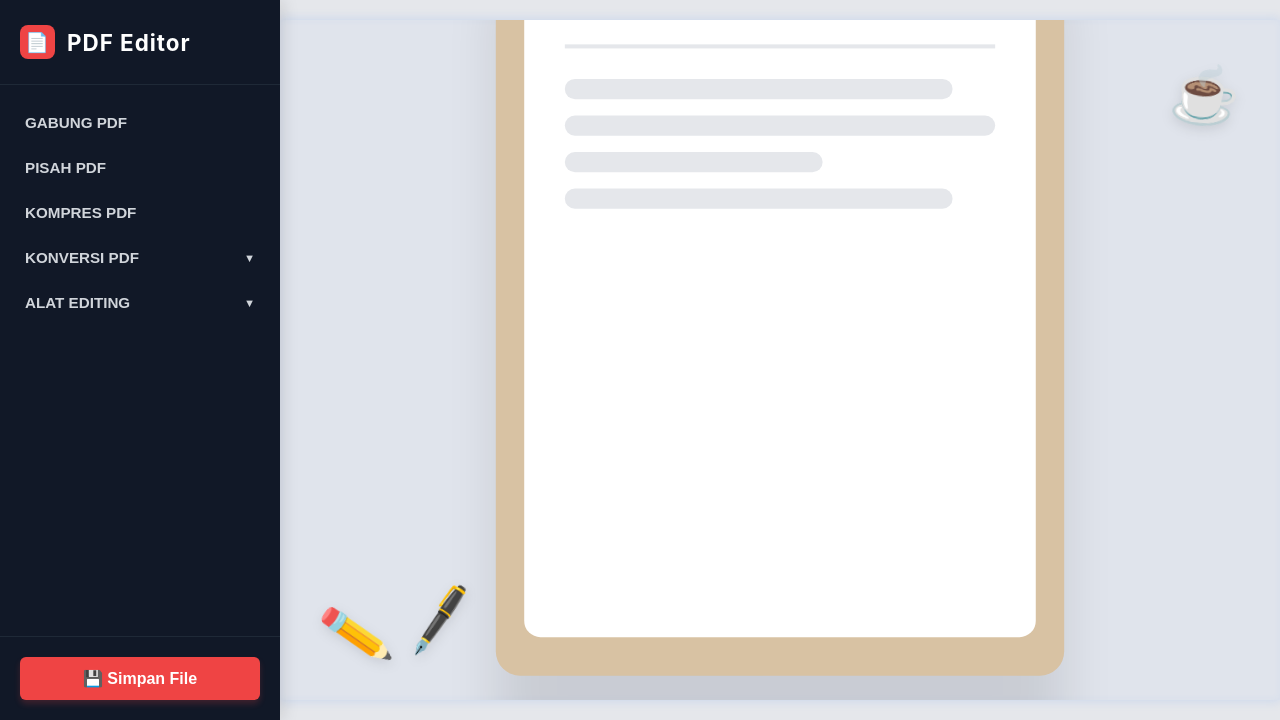
Repository: IkhsanMoekhtar/pdf_editor
Page: /
These files come from the project's save history. The page is drawn as it stood at one moment and after the next save; the edit follows.
The browser window is 1280 px wide. The pictures show the whole page.
The pointer rests on the first visible `.empty-state.desktop-scene`.
The project was rebuilt for these pictures with package versions that can differ from the ones it lists, and the page was loaded fresh each time. Also part of the build but not shown: vite.config.js.

Above is the page before, as saved 2026-03-18 23:01:11.

### index.html
<!doctype html>
<html lang="en">
  <head>
    <meta charset="UTF-8" />
    <link rel="icon" type="image/svg+xml" href="/favicon.svg" />
    <meta name="viewport" content="width=device-width, initial-scale=1.0" />
    <title>frontend-pdf</title>
  </head>
  <body>
    <div id="root"></div>
    <script type="module" src="/src/main.jsx"></script>
  </body>
</html>

### src/index.css
/* --- CSS RESET GLOBAL --- */

/* Tanda bintang (*) artinya menerapkan aturan ini ke SEMUA elemen di website */
* {
  margin: 0;
  padding: 0;
  box-sizing: border-box; /* Memastikan padding tidak menambah lebar elemen */
}

/* Memaksa elemen dasar website untuk mengambil 100% layar tanpa sisa */
html, body, #root {
  width: 100%;
  height: 100%;
  background-color: #f3f4f6; /* Warna latar belakang aplikasi kita */
}

/* Menghilangkan font default yang kaku */
body {
  font-family: Inter, system-ui, Avenir, Helvetica, Arial, sans-serif;
  -webkit-font-smoothing: antialiased;
}

### src/App.css
/* --- TATA LETAK UTAMA --- */
.app-container {
  display: flex;
  flex-direction: row; /* Kembali menyamping: Kiri Sidebar, Kanan Workspace */
  height: 100vh;
  font-family: Inter, system-ui, Avenir, Helvetica, Arial, sans-serif;
  background-color: #e5e7eb;
}

/* --- SIDEBAR BARU --- */
.main-sidebar {
  width: 280px;
  background-color: #111827; /* Warna gelap yang modern */
  color: #f3f4f6;
  display: flex;
  flex-direction: column;
  flex-shrink: 0;
  box-shadow: 4px 0 15px rgba(0,0,0,0.1);
  z-index: 10;
}

.brand {
  display: flex;
  align-items: center;
  gap: 12px;
  padding: 25px 20px;
  font-size: 1.4rem;
  font-weight: 800;
  letter-spacing: 1px;
  border-bottom: 1px solid #1f2937;
  color: #ffffff;
}

.brand-icon {
  background-color: #ef4444;
  padding: 5px;
  border-radius: 8px;
  font-size: 1.2rem;
}

/* --- NAVIGASI SIDEBAR (ACCORDION) --- */
.sidebar-nav {
  flex: 1;
  overflow-y: auto; /* Bisa di-scroll jika menu terlalu panjang */
  padding: 15px 0;
}

/* Tombol Menu Utama */
.nav-item {
  width: 100%;
  text-align: left;
  background: transparent;
  border: none;
  color: #d1d5db;
  padding: 14px 25px;
  font-size: 0.95rem;
  font-weight: 600;
  cursor: pointer;
  display: flex;
  justify-content: space-between;
  align-items: center;
  transition: all 0.2s;
}

.nav-item:hover {
  background-color: #1f2937;
  color: #ffffff;
}

.arrow {
  font-size: 0.7rem;
  transition: transform 0.3s ease;
}

/* --- LOGIKA ACCORDION (Animasi Buka/Tutup) --- */
.submenu {
  max-height: 0; /* Secara default tertutup */
  overflow: hidden;
  background-color: #0b0f19; /* Latar submenu lebih gelap agar beda */
  transition: max-height 0.4s cubic-bezier(0.4, 0, 0.2, 1);
}

.nav-group.expanded .submenu {
  max-height: 500px; /* Terbuka saat div memiliki class 'expanded' */
}

.nav-group.expanded .arrow {
  transform: rotate(180deg); /* Panah berputar */
}

.nav-group.expanded .nav-item {
  color: #ef4444; /* Judul menu yang aktif berwarna merah */
}

/* Isi Submenu */
.submenu-title {
  font-size: 0.7rem;
  color: #6b7280;
  font-weight: 700;
  padding: 15px 25px 5px 25px;
  letter-spacing: 1px;
}

.submenu-btn {
  width: 100%;
  text-align: left;
  background: transparent;
  border: none;
  color: #9ca3af;
  padding: 10px 25px;
  font-size: 0.85rem;
  display: flex;
  align-items: center;
  cursor: pointer;
  transition: all 0.2s;
}

.submenu-btn:hover {
  color: #ffffff;
  background-color: #1f2937;
}

.submenu-btn.active {
  color: #ffffff;
  background-color: #ef4444;
}

/* -- IKON BERBASIS CSS (Tetap Dipertahankan) -- */
.doc-icon {
  display: inline-flex;
  align-items: center; justify-content: center;
  width: 20px; height: 20px;
  border-radius: 4px; font-size: 10px; font-weight: 800; color: rgb(255, 255, 255);
  margin-right: 12px;
}
.icon-jpg { background-color: #eab308; }
.icon-word { background-color: #3b82f6; }
.icon-ppt { background-color: #f97316; }
.icon-excel { background-color: #22c55e; }
.icon-pdf { background-color: #ef4444; }

/* --- BAGIAN BAWAH SIDEBAR --- */
.sidebar-footer {
  padding: 20px;
  border-top: 1px solid #1f2937;
}

.save-btn {
  width: 100%;
  padding: 12px;
  background-color: #ef4444;
  color: white;
  border: none;
  border-radius: 6px;
  font-weight: bold;
  font-size: 1rem;
  cursor: pointer;
  transition: background-color 0.2s;
  box-shadow: 0 4px 6px rgba(239, 68, 68, 0.2);
}

.save-btn:hover { background-color: #dc2626; }

/* --- AREA KERJA UTAMA --- */
.workspace {
  flex: 1;
  display: flex;
  position: relative;
  overflow: hidden;
}

.viewer-container {
  width: 100%;
  height: 100%;
  background-color: #f9fafb;
  display: flex;
  justify-content: center;
  align-items: center;
}

/* --- DESAIN AREA KOSONG (KLIK UNTUK UPLOAD) --- */
.empty-state.desktop-scene {
  display: flex;
  flex-direction: column;
  align-items: center;
  justify-content: center;
  height: 100%;
  width: 100%;
  background-color: #f9fafb;
  position: relative;
  padding: 40px;
  overflow: hidden;
  cursor: pointer; /* Mengubah kursor menjadi tangan (menandakan bisa diklik) */
  transition: background-color 0.3s ease;
}

/* Sedikit penggelapan latar belakang saat area disorot mouse */
.empty-state.desktop-scene:hover {
  /* Menjalankan animasi 'pulse-border' selama 2 detik, berulang terus menerus (infinite) */
  animation: pulse-border 2s infinite ease-in-out;

  /* Sedikit mencerahkan latar belakang agar efek glow lebih terlihat */
  background-color: rgba(59, 130, 246, 0.03);
}

.clipboard {
  width: 280px; height: 380px;
  background-color: #d8c2a3;
  border-radius: 12px;
  box-shadow: 0 40px 25px rgba(0,0,0,0.1);
  transform: rotate(-7deg);
  position: relative;
  display: flex; align-items: center; justify-content: center;
  margin-bottom: 40px;
  transition: transform 0.3s ease;
}

.empty-state.desktop-scene:hover .clipboard {
  transform: rotate(0deg) scale(2.03);
}

.clipboard-paper {
  width: 90%; height: 90%; background-color: #ffffff;
  border-radius: 8px; padding: 20px;
  display: flex; flex-direction: column; gap: 15px;
}

.clipboard-header {
  font-weight: bold; color: #1f2937;
  border-bottom: 2px solid #e5e7eb; padding-bottom: 10px; text-align: center;
}

.clipboard-content { flex: 1; display: flex; flex-direction: column; gap: 8px; }
.empty-line { height: 10px; background-color: #e5e7eb; border-radius: 5px; }
.empty-line.large { width: 90%; }
.empty-line.medium { width: 60%; }

.desk-item { position: absolute; font-size: 3.5rem; filter: drop-shadow(0 4px 6px rgba(0,0,0,0.1)); }
.coffee-cup { top: 40px; right: 40px; transform: rotate(5deg); }
.pens { bottom: 40px; left: 40px; display: flex; gap: 10px; transform: rotate(-10deg); }

.message-container { text-align: center; max-width: 500px; margin-bottom: 30px; }
.message-container h3 { font-size: 1.8rem; color: #1f2937; font-weight: 700; margin-bottom: 10px; }
.message-container p { color: #6b7280; line-height: 1.6; }

.start-hint-pil {
  display: flex; align-items: center; gap: 12px;
  background-color: #1f2937; color: #ffffff;
  padding: 12px 24px; border-radius: 999px;
  font-weight: bold; box-shadow: 0 6px 15px rgba(0,0,0,0.2);
  transition: all 0.2s;
}

.empty-state.desktop-scene:hover .start-hint-pil {
  background-color: #3b82f6; /* Berubah menjadi biru saat disorot */
  transform: translateY(-2px);
}

/* Animasi Ikon Mouse bergerak naik turun */
.bouncy-arrow {
  display: inline-block;
  font-size: 1.3rem;
  animation: bounce-vertical-hint 1.5s infinite;
}

@keyframes bounce-vertical-hint {
  0%, 100% { transform: translateY(0); }
  50% { transform: translateY(-5px); }
}

@keyframes pulse-border {
  0% {
    border-color: #9ca3af;
    box-shadow: 0 0 0 0 rgba(59, 130, 246, 0);
  }
  50% {
    /* Di titik tengah, border menjadi biru menyala dan memancarkan cahaya (glow) */
    border-color: #3b82f6;
    box-shadow: 0 0 20px 2px rgba(59, 130, 246, 0.3), inset 0 0 15px rgba(59, 130, 246, 0.1);
  }
  100% {
    border-color: #9ca3af;
    box-shadow: 0 0 0 0 rgba(59, 130, 246, 0);
  }
}

/* --- GAYA UNTUK ACTION BAR & TOMBOL --- */
.action-btn {
  padding: 8px 12px;
  background-color: white;
  color: #374151;
  border: 1px solid #e5e7eb;
  border-radius: 6px;
  font-size: 13px;
  font-weight: 700;
  cursor: pointer;
  transition: all 0.2s;
  display: flex; align-items: center; justify-content: center;
}

.action-btn:hover {
  background-color: #f3f4f6;
  border-color: #d1d5db;
}

.action-btn.active {
  background-color: #ef4444; /* Merah seperti logo Anda */
  color: white;
  border-color: #dc2626;
}

.pdf-paper .react-pdf__Page,
.pdf-paper .react-pdf__Page canvas {
  width: 100% !important;
  height: auto !important;
  max-width: none !important;
}

Loaded but not shown: src/main.jsx (common file); src/App.jsx (372 lines, source omitted)

After the next save:
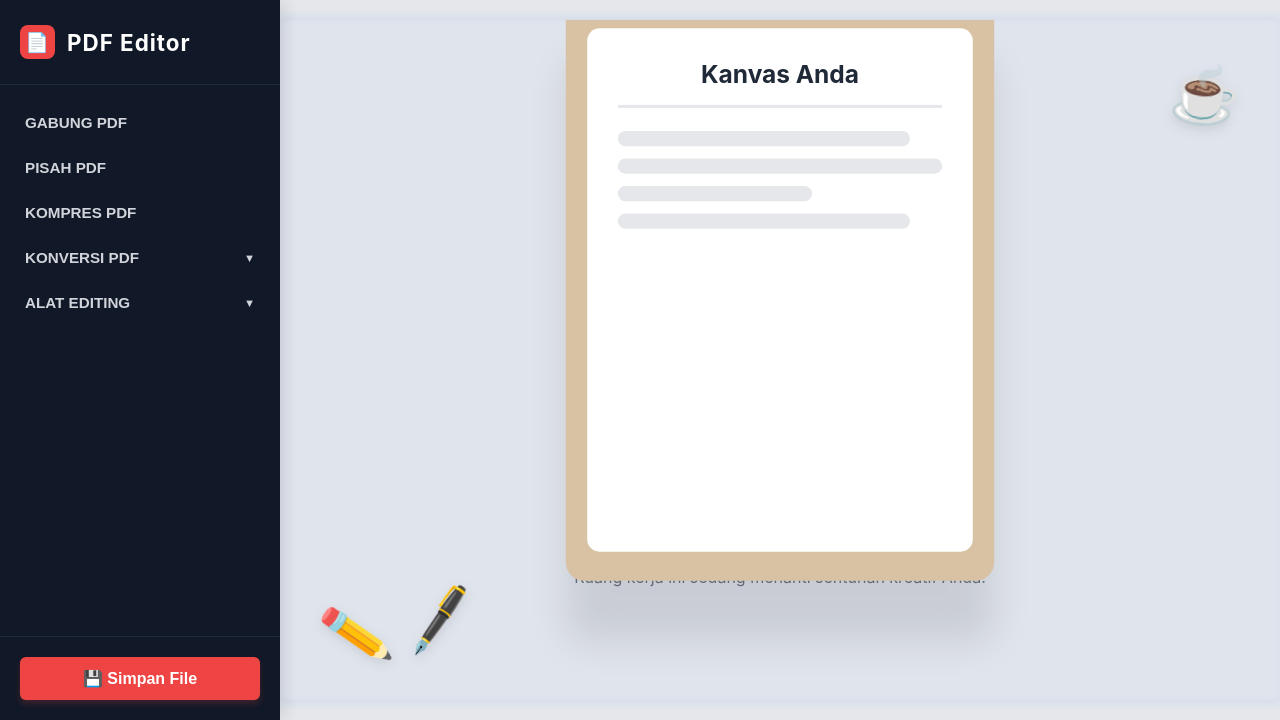
Saved 11 s later.
--- a/src/App.css
+++ b/src/App.css
@@ -216,7 +216,7 @@
 }
 
 .empty-state.desktop-scene:hover .clipboard {
-  transform: rotate(0deg) scale(2.03);
+  transform: rotate(0deg) scale(1.53);
 }
 
 .clipboard-paper {
